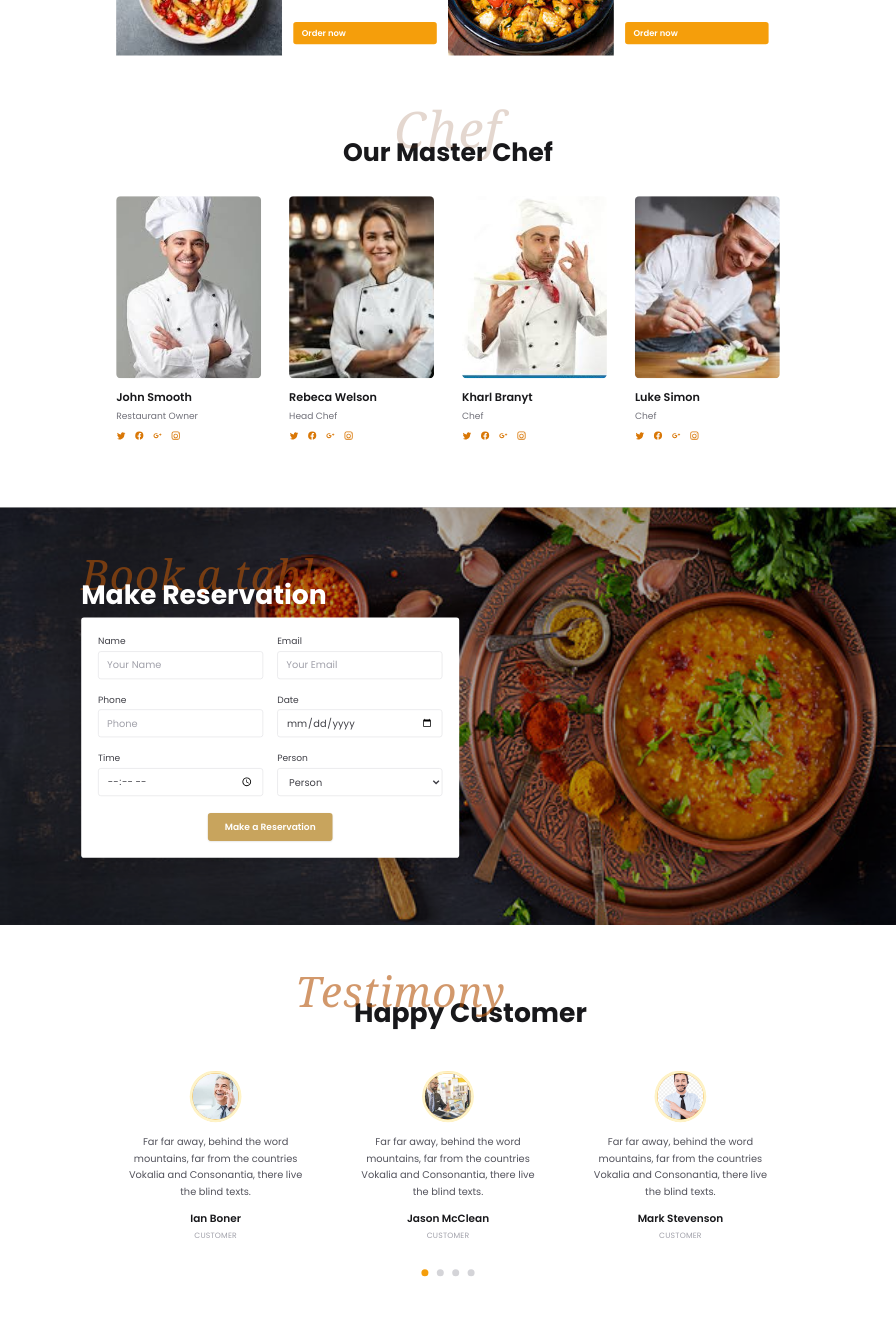
Repository: Purniagithub/Benttacproject
Page: /
These files come from the project's save history. The page is drawn as it stood at one moment and after the next save; the edit follows.
The browser window is 1280 px wide. The pictures show the part of the page from y = 2385 to 4305 px (the page is 4305 px tall), at 70% of full size.
Some web fonts or font styles are not loaded; a fallback is used. The project was rebuilt for these pictures with package versions that can differ from the ones it lists, and the page was loaded fresh each time. Also part of the build but not shown: vite.config.js.

Above is the page before, as saved 2025-08-21 19:44:18.

### index.html
<!doctype html>
<html lang="en">
  <head>
    <meta charset="UTF-8" />
    <link rel="icon" type="image/svg+xml" href="/vite.svg" />
    <link href="https://fonts.googleapis.com/css2?family=Playfair+Display:ital,wght@1,500&family=Poppins:wght@400;600;700&display=swap" rel="stylesheet">
    <link rel="preconnect" href="https://fonts.gstatic.com" crossorigin>
<link href="https://fonts.googleapis.com/css2?family=Playfair+Display:ital,wght@1,400;1,600&display=swap" rel="stylesheet">

    <meta name="viewport" content="width=device-width, initial-scale=1.0" />
    <title>Vite + React</title>
  </head>
  <body>
    <div id="root"></div>
    <script type="module" src="/src/main.jsx"></script>
  </body>
</html>

### src/App.jsx
import React from "react";
import Navbar from "./components/Navbar";
import Hero from "./components/Hero";

function App() {
  return (
    <div className="font-poppins">
      <Navbar />
      <Hero />
    </div>
  );
}

export default App;

### src/components/Navbar.jsx
import React from "react";

const Navbar = () => {
  return (
    <header className="absolute top-0 left-0 w-full z-50">
      {/* Top bar */}
      <div className="flex justify-between items-center bg-black bg-opacity-70 text-white text-sm px-6 py-2">
        <div className="flex space-x-6">
          <span>📞 +1235 2355 98</span>
          <span>✉️ youremail@email.com</span>
        </div>
        <span>Open hours: Monday - Sunday 8:00AM - 9:00PM</span>
      </div>

      {/* Main Navbar */}
      <nav className="flex justify-between items-center bg-black bg-opacity-60 text-white px-8 py-4">
        <h1 className="text-xl font-bold">Feliciano</h1>
        <ul className="flex space-x-8 font-medium">
          <li><a href="#" className="hover:text-yellow-400">Home</a></li>
          <li><a href="#" className="hover:text-yellow-400">About</a></li>
          <li><a href="#" className="hover:text-yellow-400">Menu</a></li>
          <li><a href="#" className="hover:text-yellow-400">Stories</a></li>
          <li><a href="#" className="hover:text-yellow-400">Contact</a></li>
        </ul>
        <button className="bg-yellow-600 hover:bg-yellow-700 px-5 py-2 rounded text-black font-semibold">
          Book a table
        </button>
      </nav>
    </header>
  );
};

export default Navbar;

### src/components/Hero.jsx
import React from "react";
import AboutSection from "../components/AboutSection";
import CateringServices from "./CateringServices";
import MenuTightGrid from "../components/MenuTightGrid";
import MasterChef from "../components/MasterChef";
import ReservationTestimonials from "../components/ReservationTestimonials";
const dishes = [
  { id: 1, name: "Grilled Beef with potatoes", desc: "Meat, Potatoes, Rice, Tomato", img: "/dish-1.jpeg" },
  { id: 2, name: "Grilled Beef with potatoes", desc: "Meat, Potatoes, Rice, Tomato", img: "/dish-2.jpeg" },
  { id: 3, name: "Grilled Beef with potatoes", desc: "Meat, Potatoes, Rice, Tomato", img: "/dish-3.jpeg" },
  { id: 4, name: "Grilled Beef with potatoes", desc: "Meat, Potatoes, Rice, Tomato", img: "/dish-4.jpeg" },
];

const Hero = () => {
  return (
    <>
    <section
      className="relative h-[80vh] bg-cover bg-center flex flex-col justify-center items-center text-white px-4"
      style={{ backgroundImage: "url('/img-4.jpeg')" }}
    >
      {/* Dark overlay */}
      <div className="absolute inset-0 bg-black/70"></div>

      {/* Headings */}
      <div className="relative z-10 text-center mt-20 md:mt-32 lg:mt-40">
        <h2 className="text-3xl md:text-4xl lg:text-5xl font-serif italic text-[#CDA45E]">
          Feliciano
        </h2>
        <h1 className="text-4xl md:text-5xl lg:text-7xl font-extrabold tracking-wide mt-3 md:mt-4 uppercase">
          Best Restaurant
        </h1>
      </div>

      {/* Dish Cards */}
      <div className="relative z-10 grid grid-cols-1 sm:grid-cols-2 md:grid-cols-4 gap-10 md:gap-16 lg:gap-20 mt-16 md:mt-24 lg:mt-32">
        {dishes.map((dish) => (
          <div key={dish.id} className="text-center max-w-[220px] mx-auto">
            <img
              src={dish.img}
              alt={dish.name}
              className="w-24 h-24 md:w-28 md:h-28 object-cover rounded-full mx-auto border-4 border-white shadow-lg"
            />
            <h3 className="mt-3 font-semibold text-base md:text-lg whitespace-nowrap">
              {dish.name}
            </h3>
            <p className="text-xs md:text-sm text-gray-300">{dish.desc}</p>
          </div>
        ))}
      </div>
    </section>
     {/* Other sections */}
     <AboutSection />
     <CateringServices />
     <MenuTightGrid tileHeight={210} containerWidth={980} />
     <MasterChef />
     <ReservationTestimonials />

</>
  );
};

export default Hero;

### src/components/AboutSection.jsx
// src/components/AboutSection.jsx
import React from "react";

export default function AboutSection() {
  return (
    <section className="w-full bg-white py-16">
      <div className="max-w-5xl mx-auto text-center">
        {/* Top Grid (Images + Content) */}
        <div className="grid grid-cols-1 lg:grid-cols-2 gap-8 items-center">
          {/* Left Images */}
          <div className="flex justify-center gap-4">
            <img
              src="/chef-1.jpeg"
              alt="Chef serving"
              className="shadow-md object-cover h-[280px] w-[180px]"
            />
            <img
              src="/chef-5.jpeg"
              alt="Cooking food"
              className="shadow-md object-cover h-[280px] w-[180px] mt-8"
            />
          </div>

          {/* Right Content */}
          <div className="text-left lg:text-left">
            <h3 className="text-lg font-serif italic text-[#CDA45E] relative mb-2">
              <span className="absolute -left-6 top-0 text-5xl text-gray-200 opacity-40">
                About
              </span>
              About Us
            </h3>
            <h2 className="text-4xl font-bold text-gray-900 mb-4 tracking-wide">
              Feliciano Restaurant
            </h2>
            <p className="text-gray-600 mb-4 leading-relaxed">
              A small river named Duden flows by their place and supplies it
              with the necessary regelialia. It is a paradisematic country, in
              which roasted parts of sentences fly into your mouth.
            </p>

            <p className="text-gray-700 mb-2">
              Mon - Fri <span className="font-bold">8 AM - 11 PM</span>
            </p>
            <p className="text-2xl font-bold text-[#CDA45E]">
              +1-978-123-4567
            </p>
          </div>
        </div>

        {/* Stats Section */}
        <div className="grid grid-cols-2 sm:grid-cols-5 gap-4 mt-16 pt-10">
          <div className="text-center">
            <h4 className="text-3xl font-bold text-[#CDA45E]">18</h4>
            <p className="text-sm text-gray-600">Years of Experience</p>
          </div>
          <div className="text-center">
            <h4 className="text-3xl font-bold text-[#CDA45E]">100</h4>
            <p className="text-sm text-gray-600">Menus/Dish</p>
          </div>
          <div className="text-center">
            <h4 className="text-3xl font-bold text-[#CDA45E]">50</h4>
            <p className="text-sm text-gray-600">Staffs</p>
          </div>
          <div className="text-center">
            <h4 className="text-3xl font-bold text-[#CDA45E]">15,000</h4>
            <p className="text-sm text-gray-600">Happy Customers</p>
          </div>
          <div className="text-center text-xs line-clamp-5">
            <p className="text-xs text-gray-600">A small river named Duden flows by their place and supplies it
              with the necessary regelialia. It is a paradisematic country, in
              which roasted parts of sentences fly into your mouth.</p>
          </div>
        </div>
      </div>
    </section>
  );
}

### src/components/CateringServices.jsx
import React from "react";

function IconCake(props) {
  return (
    <svg viewBox="0 0 24 24" aria-hidden="true" {...props}>
      <g fill="none" stroke="currentColor" strokeWidth="1.6" strokeLinecap="round" strokeLinejoin="round">
        <path d="M12 3v3" />
        <path d="M9 6a3 3 0 1 0 6 0" />
        <path d="M6 12h12" />
        <path d="M6 12v7a2 2 0 0 0 2 2h8a2 2 0 0 0 2-2v-7" />
      </g>
    </svg>
  );
}

function IconMeeting(props) {
  return (
    <svg viewBox="0 0 24 24" aria-hidden="true" {...props}>
      <g fill="none" stroke="currentColor" strokeWidth="1.6" strokeLinecap="round" strokeLinejoin="round">
        <path d="M7 7h10M7 12h7" />
        <path d="M3 18a2 2 0 0 0 2 2h14a2 2 0 0 0 2-2V6a2 2 0 0 0-2-2H5a2 2 0 0 0-2 2z" />
      </g>
    </svg>
  );
}

function IconCloche(props) {
  return (
    <svg viewBox="0 0 24 24" aria-hidden="true" {...props}>
      <g fill="none" stroke="currentColor" strokeWidth="1.6" strokeLinecap="round" strokeLinejoin="round">
        <path d="M12 7a1.5 1.5 0 1 0 0-3 1.5 1.5 0 0 0 0 3z" />
        <path d="M4 16a8 8 0 1 1 16 0" />
        <path d="M4 16h16" />
      </g>
    </svg>
  );
}

const cards = [
  {
    title: "Birthday Party",
    text:
      "Even the all‑powerful Pointing has no control about the blind texts it is an almost unorthographic.",
    Icon: IconCake,
  },
  {
    title: "Business Meetings",
    text:
      "Even the all‑powerful Pointing has no control about the blind texts it is an almost unorthographic.",
    Icon: IconMeeting,
  },
  {
    title: "Wedding Party",
    text:
      "Even the all‑powerful Pointing has no control about the blind texts it is an almost unorthographic.",
    Icon: IconCloche,
  },
];

export default function CateringServices({
  id = "services",
  heading = "Catering Services",
  accent = "Services",
}) {
  return (
    <section id={id} className="relative isolate bg-gray-50 py-24 sm:py-28">
      {/* Accent word behind heading */}
      <div aria-hidden className="pointer-events-none absolute inset-x-0 -top-1 sm:top-0 text-center">
        <span className="select-none font-serif italic tracking-wide text-amber-900/15 text-7xl sm:text-8xl md:text-[96px] leading-none">
          {accent}
        </span>
      </div>

      <div className="mx-auto max-w-[1200px] px-4">
        {/* Main heading */}
        <h2 className="text-center text-[34px] sm:text-[38px] md:text-[44px] font-extrabold tracking-tight text-zinc-900 -mt-12">
          {heading}
        </h2>

        {/* Cards */}
        <div className="mt-14 grid grid-cols-1 md:grid-cols-3 gap-12 md:gap-16">
          {cards.map(({ title, text, Icon }) => (
            <article key={title} className="text-center">
              <div className="mx-auto mb-6 flex h-16 w-16 items-center justify-center rounded-full bg-amber-50 ring-1 ring-amber-100 text-amber-600">
                <Icon className="h-8 w-8" />
              </div>
              <h3 className="text-[20px] font-semibold text-zinc-900">{title}</h3>
              <p className="mt-3 mx-auto max-w-[340px] text-[15px] leading-7 text-zinc-500">
                {text}
              </p>
            </article>
          ))}
        </div>
      </div>
    </section>
  );
}

### src/components/MenuTightGrid.jsx
import React from "react";

const tiles = [
  // Row 1
  { type: "image", src: "/dish-1.jpeg", alt: "Dish 1" },
  { type: "card",  title: "Grilled Beef\nwith potatoes", price: 29, lines: ["Meat, Potatoes, Rice,", "Tomatoe"] },
  { type: "image", src: "/dish-2.jpeg", alt: "Dish 2" },
  { type: "card",  title: "Grilled Beef\nwith potatoes", price: 29, lines: ["Meat, Potatoes, Rice,", "Tomatoe"] },
  // Row 2
  { type: "card",  title: "Grilled Beef\nwith potatoes", price: 29, lines: ["Meat, Potatoes, Rice,", "Tomatoe"] },
  { type: "image", src: "/dish-3.jpeg", alt: "Dish 3" },
  { type: "card",  title: "Grilled Beef\nwith potatoes", price: 29, lines: ["Meat, Potatoes, Rice,", "Tomatoe"] },
  { type: "image", src: "/dish-4.jpeg", alt: "Dish 5" },
  // Row 3
  { type: "image", src: "/dish-5.jpeg", alt: "Dish 6" },
  { type: "card",  title: "Grilled Beef\nwith potatoes", price: 29, lines: ["Meat, Potatoes, Rice,", "Tomatoe"] },
  { type: "image", src: "/dish-6.jpeg", alt: "Dish 6" },
  { type: "card",  title: "Grilled Beef\nwith potatoes", price: 29, lines: ["Meat, Potatoes, Rice,", "Tomatoe"] },
];

function Price({ value }) {
  return <span className="text-[16px] font-semibold text-amber-600">{`$${value}`}</span>;
}

function OrderBtn() {
  return (
    <button className="inline-flex h-8 items-center rounded bg-amber-500 px-3 text-xs font-semibold text-white hover:bg-amber-600">
      Order now
    </button>
  );
}

function Card({ title, price, lines }) {
  return (
    // NO outer padding or margin; fill the grid cell entirely
    <div className="h-full w-full bg-white">
      {/* Internal spacing for the card content only */}
      <article className="flex h-full w-full flex-col justify-between p-4">
        <div>
          <div className="flex items-start justify-between gap-3">
            <h3 className="whitespace-pre-line text-[16px] font-semibold leading-6 text-zinc-900">
              {title}
            </h3>
            <Price value={price} />
          </div>
          <ul className="mt-2 space-y-0.5 text-[13px] leading-6 text-zinc-600">
            {lines.map((t, i) => (
              <li key={i}>{t}</li>
            ))}
          </ul>
        </div>
        <OrderBtn />
      </article>
    </div>
  );
}

function TileImage({ src, alt }) {
  return (
    // NO padding/margin; image covers the tile
    <div className="h-full w-full">
      <img src={src} alt={alt} className="h-full w-full object-cover" loading="lazy" />
    </div>
  );
}

export default function MenuTightGrid({
  id = "menu",
  heading = "Our Menu",
  accent = "Specialties",
  data = tiles,
  // Adjust these two to tune exact size
  tileHeight = 210,      // each tile’s fixed height (px)
  containerWidth = 980,  // overall section width (px)
}) {
  return (
    <section id={id} className="relative isolate bg-white py-14">
      {/* Accent script word behind heading */}
      <div aria-hidden className="pointer-events-none absolute inset-x-0 top-1 text-center">
        <span className="select-none font-serif italic text-[60px] md:text-[72px] leading-none tracking-wide text-amber-900/20">
          {accent}
        </span>
      </div>

      <div className="mx-auto px-4" style={{ maxWidth: `${containerWidth}px` }}>
        <h2 className="text-center text-[30px] md:text-[34px] font-extrabold leading-tight text-zinc-900 -mt-2">
          {heading}
        </h2>

        {/* 4-column grid — zero gap, zero padding */}
        <div className="mt-8 grid grid-cols-4 gap-0">
          {data.map((t, i) => (
            <div key={i} className="m-0 p-0" style={{ height: `${tileHeight}px` }}>
              {t.type === "card" ? (
                <Card title={t.title} price={t.price} lines={t.lines} />
              ) : (
                <TileImage src={t.src} alt={t.alt} />
              )}
            </div>
          ))}
        </div>
      </div>
    </section>
  );
}

### src/components/ReservationTestimonials.jsx
import React from "react";

// Placeholder image paths
const AV1 = "/customer-1.jpeg";
const AV2 = "/customer-2.jpeg";
const AV3 = "/customer-3.png";

/**
 * Renders the large, italicized accent text for section headers.
 * @param {object} props - The component props.
 * @param {string} props.text - The text to display.
 * @param {string} [props.className=""] - Additional Tailwind CSS classes.
 * @returns {JSX.Element} The rendered component.
 */
function Accent({ text, className = "" }) {
  return (
    <div
      aria-hidden
      className={`pointer-events-none absolute inset-x-0 -top-8 text-center sm:text-left ${className}`}
    >
      <span className="select-none font-serif italic text-amber-700/60 leading-none tracking-wide text-[52px] sm:text-[60px]">
        {text}
      </span>
    </div>
  );
}

/**
 * A reusable input component with Tailwind styling.
 * @param {object} props - The component props.
 * @param {string} props.placeholder - The input placeholder text.
 * @param {string} [props.type="text"] - The input type.
 * @returns {JSX.Element} The rendered component.
 */
function Input({ placeholder, type = "text" }) {
  return (
    <input
      type={type}
      placeholder={placeholder}
      className="h-10 w-full rounded border border-zinc-200 bg-white px-3 text-[14px] text-zinc-700 outline-none placeholder:text-zinc-400 focus:border-amber-400"
    />
  );
}

/**
 * A reusable select dropdown component with Tailwind styling.
 * @param {object} props - The component props.
 * @param {string} props.placeholder - The select placeholder text.
 * @returns {JSX.Element} The rendered component.
 */
function Select({ placeholder }) {
  return (
    <select
      className="h-10 w-full rounded border border-zinc-200 bg-white px-3 text-[14px] text-zinc-700 outline-none focus:border-amber-400"
      defaultValue=""
    >
      <option value="" disabled>
        {placeholder}
      </option>
      <option>1 Person</option>
      <option>2 Person</option>
      <option>3 Person</option>
      <option>4 Person</option>
      <option>5+ Person</option>
    </select>
  );
}

/**
 * The reservation form card component.
 * @returns {JSX.Element} The rendered component.
 */
function ReservationCard() {
  return (
    <div className="relative w-[540px] max-w-[92vw] rounded bg-white p-6 shadow-xl">
      <div className="grid grid-cols-2 gap-5">
        <div>
          <label className="mb-1 block text-[13px] font-medium text-zinc-700">
            Name
          </label>
          <Input placeholder="Your Name" />
        </div>
        <div>
          <label className="mb-1 block text-[13px] font-medium text-zinc-700">
            Email
          </label>
          <Input type="email" placeholder="Your Email" />
        </div>

        <div>
          <label className="mb-1 block text-[13px] font-medium text-zinc-700">
            Phone
          </label>
          <Input placeholder="Phone" />
        </div>
        <div>
          <label className="mb-1 block text-[13px] font-medium text-zinc-700">
            Date
          </label>
          <Input type="date" />
        </div>

        <div>
          <label className="mb-1 block text-[13px] font-medium text-zinc-700">
            Time
          </label>
          <Input type="time" />
        </div>
        <div>
          <label className="mb-1 block text-[13px] font-medium text-zinc-700">
            Person
          </label>
          <Select placeholder="Person" />
        </div>
      </div>

      <div className="mt-6 flex justify-center">
        <button className="h-10 rounded bg-[#C8A45D] px-6 text-[13px] font-semibold text-white shadow hover:bg-[#b28d4f]">
          Make a Reservation
        </button>
      </div>
    </div>
  );
}

/**
 * A single testimonial card component.
 * @param {object} props - The component props.
 * @param {string} props.img - The image URL for the customer.
 * @param {string} props.name - The customer's name.
 * @param {string} props.role - The customer's role.
 * @param {string} props.text - The testimonial text.
 * @returns {JSX.Element} The rendered component.
 */
function TestiCard({ img, name, role, text }) {
  return (
    <article className="shrink-0 snap-center text-center">
      <div className="mx-auto mb-4 h-[72px] w-[72px] rounded-full bg-amber-500 p-[3px]">
        <div className="h-full w-full overflow-hidden rounded-full ring-4 ring-amber-100">
          <img src={img} alt={name} className="h-full w-full object-cover" />
        </div>
      </div>
      <p className="mx-auto mb-4 max-w-[260px] text-[14px] leading-6 text-zinc-600">
        {text}
      </p>
      <h4 className="text-[15px] font-semibold text-zinc-900">{name}</h4>
      <p className="mt-1 text-[11px] uppercase tracking-wide text-zinc-400">
        {role}
      </p>
    </article>
  );
}

/**
 * The main component for the Reservation and Testimonials sections.
 * @returns {JSX.Element} The rendered component.
 */
export default function ReservationTestimonials() {
  return (
    <section className="bg-white">
      {/* Reservation Section */}
      <div
        className="relative bg-zinc-900"
        style={{
          backgroundImage: `url('/dish-13.jpg')`,
          backgroundSize: "cover",
          backgroundPosition: "center",
        }}
      >
        <div className="absolute inset-0 bg-black/30" />
        <div className="relative mx-auto max-w-[1080px] px-4 py-20 sm:py-24">
          {/* Text on top */}
          <div className="relative mb-1">
            <Accent className="text-zinc-900/30" text="Book a table" />
            <h2 className="relative text-center sm:text-left text-[36px] sm:text-[38px] font-extrabold text-white">
              Make Reservation
            </h2>
          </div>

          {/* Form aligned left */}
          <div className="relative flex justify-start">
            <ReservationCard />
          </div>
        </div>
      </div>

      {/* Testimonials */}
      <div className="relative mx-auto max-w-[980px] px-4 py-20 sm:py-24">
        <div className="relative">
          <Accent className="ml-64 text-center" text="Testimony" />
          <h2 className="text-center text-[34px] sm:text-[38px] font-extrabold text-zinc-900 ml-16">
            Happy Customer
          </h2>
        </div>

        {/* This div is made scrollable */}
        <div className="mt-14 flex snap-x snap-mandatory gap-12 overflow-x-auto sm:grid sm:grid-cols-3 sm:overflow-x-hidden">
          <TestiCard
            img={AV1}
            name="Ian Boner"
            role="Customer"
            text="Far far away, behind the word mountains, far from the countries Vokalia and Consonantia, there live the blind texts."
          />
          <TestiCard
            img={AV2}
            name="Jason McClean"
            role="Customer"
            text="Far far away, behind the word mountains, far from the countries Vokalia and Consonantia, there live the blind texts."
          />
          <TestiCard
            img={AV3}
            name="Mark Stevenson"
            role="Customer"
            text="Far far away, behind the word mountains, far from the countries Vokalia and Consonantia, there live the blind texts."
          />
        </div>

        {/* Dots */}
        <div className="mt-10 flex justify-center gap-3">
          <span className="h-2.5 w-2.5 rounded-full bg-amber-500" />
          <span className="h-2.5 w-2.5 rounded-full bg-zinc-300" />
          <span className="h-2.5 w-2.5 rounded-full bg-zinc-300" />
          <span className="h-2.5 w-2.5 rounded-full bg-zinc-300" />
        </div>
      </div>
    </section>
  );
}

Loaded but not shown: src/main.jsx (common file); src/index.css (common file); tailwind.config.js (15 lines, source omitted); src/components/MasterChef.jsx (111 lines, source omitted)

After the next save:
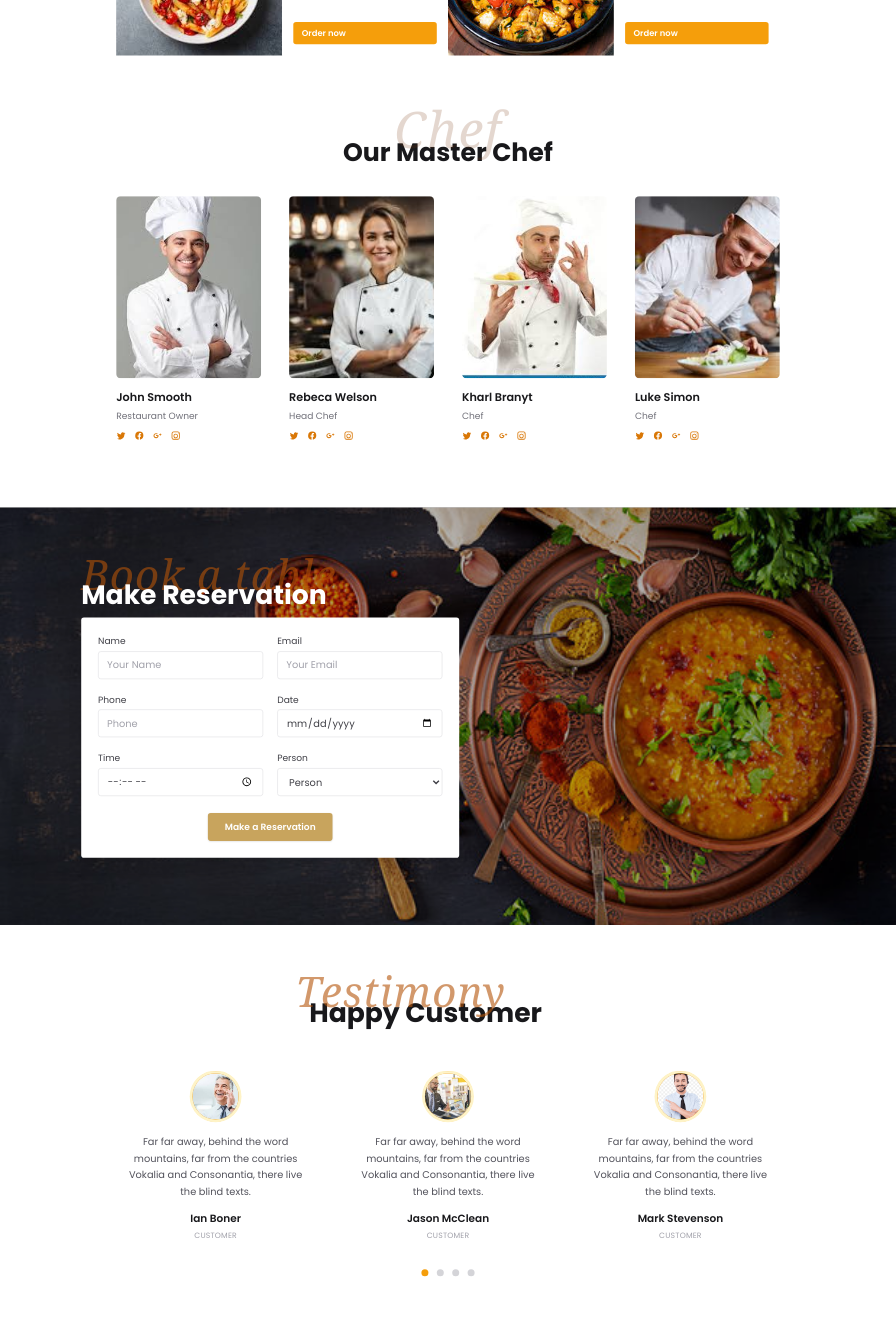
Saved 19 s later.
--- a/src/components/ReservationTestimonials.jsx
+++ b/src/components/ReservationTestimonials.jsx
@@ -188,7 +188,7 @@ export default function ReservationTestimonials() {
       <div className="relative mx-auto max-w-[980px] px-4 py-20 sm:py-24">
         <div className="relative">
           <Accent className="ml-64 text-center" text="Testimony" />
-          <h2 className="text-center text-[34px] sm:text-[38px] font-extrabold text-zinc-900 ml-16">
+          <h2 className="text-center text-[34px] sm:text-[38px] font-extrabold text-zinc-900 mr-16">
             Happy Customer
           </h2>
         </div>
